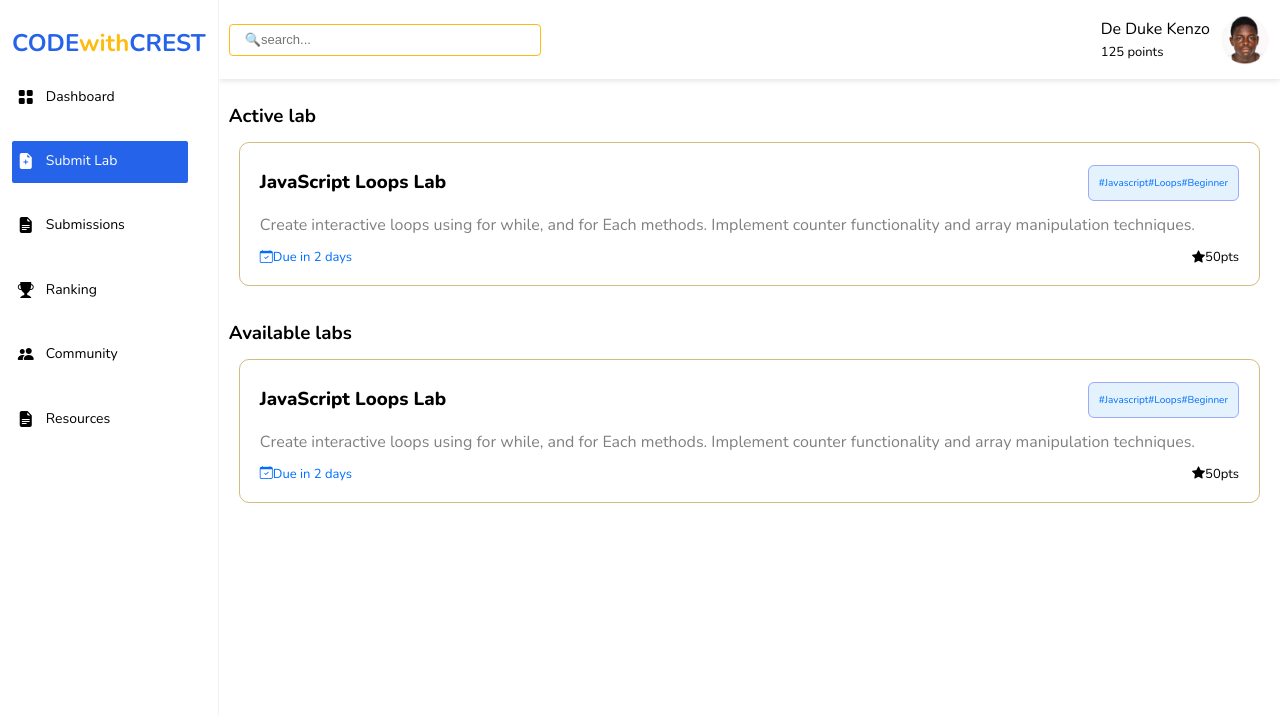
Repository: CarlTeclancing/codewithcrest
Page: /dashboard/submitlab
An editor plug-in stored every save of this project. The page is shown before and after the next save, followed by the edit.
The browser window is 1280 px wide. The pictures show the whole page.
The page's requests for data from a server got no answer. The project was rebuilt for these pictures with package versions that can differ from the ones it lists, and the page was loaded fresh each time. No one was signed in, and anything a server would have sent is missing. Also part of the build but not shown: vite.config.js, src/pages/Dashboard/dashboard.css, src/pages/Dashboard/Dashboard.jsx, src/components/UserCard.jsx, src/pages/ranking/Ranking.jsx, src/components/GuideLines.jsx, src/pages/submission/Submission.jsx, src/components/CommunityPost.jsx and 13 more.

Above is the page before, as saved 2025-09-10 13:22:50.

### index.html
<!doctype html>
<html lang="en">
  <head>
    <meta charset="UTF-8" />
    <link rel="icon" type="image/svg+xml" href="./src/assets/react.svg" />
    <meta name="viewport" content="width=device-width, initial-scale=1.0" />
    <title>CODEwithCREST</title>
    <link rel="stylesheet" href="https://cdn.jsdelivr.net/npm/bootstrap-icons@1.13.1/font/bootstrap-icons.min.css">
    <!-- fonts-->
     <link rel="preconnect" href="https://fonts.googleapis.com">
     <link rel="preconnect" href="https://fonts.gstatic.com" crossorigin>
     <link href="https://fonts.googleapis.com/css2?family=Nunito:ital,wght@0,200..1000;1,200..1000&display=swap" rel="stylesheet">
  </head>
  <body>
    <div id="root"></div>
    <script type="module" src="/src/main.jsx"></script>
  </body>
</html>

### src/main.jsx
import { StrictMode } from 'react'
import { createRoot } from 'react-dom/client'
import './index.css'
import App from './App.jsx'
import 'react-responsive-modal/styles.css';


createRoot(document.getElementById('root')).render(
  <StrictMode>
    <App/>
  </StrictMode>,
)

### src/index.css
:root {
  /* CSS variables */
   --primary-color: #5B0C4E;
   --primary-color-hover: #5b0c4edc;
   --bg-color: #FFFAFE;
   --bg-white: #ffffff;
   --text-color: #262626;
   --border-color: #93B4FD;
   --bg-tab: #DECADB;

   --pending: #EA5254;
   --completed: #3CDA7D;
   --in-progress: #F9BD3B;

   --primary-white-color: white;
   --primary-black-color: black;
   --primary-error-color: red;
 }

body{
  /* border: solid 1px blue; */
  margin: 0%;
  width: 100%;
  height: auto;
  /* display: flex; */
  /* justify-content: center; */
  font-family: "Nunito", sans-serif;
  font-optical-sizing: auto;
  font-weight: 400;
  font-style: normal;
  overflow-x: hidden;
}
/* .post{
  width: 80%;
  display: flex;
  flex-direction: row;
  flex-wrap: wrap;
  align-items: center;
  justify-content: center;
}
.individual-post{
  width: 500px;
  height: auto;
  background-color: rgba(0, 0, 0, 0.05);
  margin: 12px;
  padding: 24px;
  border-radius: 12px;
  border: 1px solid rgba(0, 0, 0, 0.05);
  color: black;
} */

### src/App.jsx
import React  from 'react'
import { createBrowserRouter, RouterProvider ,Route ,Routes } from 'react-router-dom'

import Dashboard from './pages/Dashboard/Dashboard.jsx'
import Ranking from './pages/ranking/Ranking.jsx'
import Submission from './pages/submission/Submission.jsx'

import SubmitLab from './pages/submitLab/SubmitLab.jsx'
import Community from './pages/community/Community.jsx'
import Resources from './pages/resources/Resources.jsx'
import Assistant from './pages/assistant/Assistant.jsx'
import Login from './pages/auths/login/Login.jsx'
import Register from './pages/auths/register/_Register.jsx'
import PersonalInfo from './pages/auths/register/PersonalInfoForm.jsx'
import Experience from './pages/auths/register/ExperienceForm.jsx'
import Program from './pages/auths/register/ProgramForm.jsx'
import { UserProvider } from './providers/userProvider.jsx'
import DashboardLayout from './Layout/DashboardLayout.jsx'
import Subscribe from './pages/subscribe/Subscribe.jsx'

function App() {

  const router = createBrowserRouter([
    {path:'/', element:<Login />},
    // No landing page
    // Auth pages
    {path:'/login',  index:true,element:<Login />},
    {path:'/register', element:<Register />},
    {path:'/personal-information', element:<PersonalInfo />},
    {path:'/program', element:<Program />},
    {path:'/experience', element:<Experience/>},

    // Subscribtion page
    {
      path:'/subscribe',
      element:<Subscribe/>
    },

    // Dashboard pages
    {
      path:'/dashboard',
      element:<DashboardLayout/>,
      children:[
        {
          index:true,
          element:<Dashboard/>
        },
        {path:'submissions', element:<Submission />},
        {path:'submitlab', element:<SubmitLab />},
        {path:'community', element:<Community />},
        {path:'ranking', element:<Ranking />},
        {path:'resources', element:<Resources />},

      ]
    },

    // {path:'/ranking', element:<Ranking />},
    // {path:'/bugtracking', element:<BugTracking />},
    // {path:'/hello', element:<Hello />},
    // {path:'/assistant', element:<Assistant />}

  ]);

  return (
    <>
      <UserProvider>
        <RouterProvider router={router} />
      </UserProvider>
    </>
  )
}

export default App

const Temp = () => {
  return(
    <>
      testing temp comp
    </>
  )
}

### src/providers/userProvider.jsx
import React ,{createContext ,useState} from "react";


const UserContext = createContext()

export const UserProvider = ({children}) => {
    const [user ,setUser] = useState()

    return (<UserContext.Provider value={{user:user ,setUser:setUser}}  >{children}</UserContext.Provider>)
}

export default UserContext

### src/Layout/DashboardLayout.jsx
import React from "react";
import Sidebar from "../components/Sidebar";
import { Outlet } from "react-router-dom";
import Header from "../components/Header";
import '../styles/layout.css'


const DashboardLayout = () => {
    return(
        <React.Fragment>
            <div style={{border:'solid 0px blue',display:'flex' }}>
                <Sidebar/>

                <div style={{border:'solid 0px red' ,flex:1 ,display:'flex', flexDirection:'column'}}>
                    <div>
                        <Header/>
                    </div>
                    <div>
                        <Outlet/>
                    </div>
                </div>
            </div>

        </React.Fragment>
    )
}

export default DashboardLayout

### src/pages/ranking/ranking.css
.total-points{
    color: #2563EB;
    font-size: 19px;
    font-weight: bolder;
}
.points-earned{
    color: #16A34A;
    font-size: 19px;
    font-weight: bolder;
}
.points-lost{
    color: #DC2626;
    font-size: 19px;
    font-weight: bolder;
}
.progress{
    padding: 20px;
    width: 90%;
    display: flex;
    margin-top: 25px;
    flex-direction: column;
    background-color: white;
    border-radius: 3px;
    box-shadow: 0 3px 5px rgba(0, 0, 0, 0.2);
}
progress{
  width: 100%;
  height: 8px;
  border-radius: 10px;
  overflow: hidden;
  appearance: none;
}
progress::-webkit-progress-bar {
    height: 8px;
    border-radius: 10px;
    background-color: #eee;
}
progress::-webkit-progress-value {
  background-color: #2563EB;
  border-radius: 10px;
  height: 8px;
}
.bottom-line{
    display: flex;
    justify-content: space-between;
}
.blue{
    color: #2563EB;
}
.top-coders{
    padding: 20px !important;
    display: flex;
    width: 90%;
    display: flex;
    margin-top: 25px;
    flex-direction: column;
    background-color: white;
    border-radius: 3px;
    box-shadow: 0 3px 8px rgba(0, 0, 0, 0.2);
}
.first-line{
    display: flex;
    align-items: center;
    justify-content: space-between;
}
.box .p{
    color: #959595;
}
.first-line a{
    color: white;
    padding: 8px 10px;
    border-radius: 5px;
    text-decoration: none;
    background-color: #2563EB;
}
.leader-board{
    display: flex;
    margin: 10px 0;
}
.user-card {
  display: flex;
  flex-direction: column;
  align-items: center;
  justify-content: space-between;
  background-color: #f5e2b3;
  border:  1px solid #FFBC10;
  border-radius: 12px;
  padding: 10px 16px;
  margin-right: 20px;
  width: 150px;
}
.profile-pic {
  width: 70px;
  height: 50px;
  border-radius: 50%;
  margin:0;
}
.user-info {
  width: 97%;
  display: flex;
  align-items: center;
  justify-content: space-between;
}
.user-name{
    margin: 0%;
}
.user-points{
    margin: 0%;
}
.taple-point{
    color: #16A34A;
}
.filter{
    display: flex;
}
select{
    padding: 5px 10px;
    margin-left: 10px;
    outline: none;
}

### src/pages/submitLab/submitlab.css
.labs-container{
    display: flex;
    flex-direction: column;
    padding: 0px 10px;
    gap: 15px;
}
.lab-info{
    display: flex;
    padding: 20px;
    border-radius: 10px;
    flex-direction: column;
    border: 1px solid rgba(168, 122, 5 ,0.5);
}
.headline{
    display: flex;
    align-items: center;
    justify-content: space-between;
    line-height: 0%;
}
.headline h3{
    /* font-size: x-large; */
    font-weight:800;
}
.bottom-line{
    display: flex;
    align-items: center;
    justify-content: space-between;
    font-size: small;
}
.points{
    font-size: small;
}
.hashtags{
    /* width: auto; */
    border: solid 1px rgba(0,0,255 ,0.3);
    padding: 10px;
    font-size: x-small;
    color: #006EFF;
    border-radius: 6px;
    background-color: #E3F2FD;
}
.inactive-btn{
    color: #2563EB;
    background-color: white;
    border: solid 1px #2563EB;
}
.deadline{
    color: #006EFF;
    margin-right: 25px;
}
.task{
    color: grey;
}
.form-group{
  display: flex;
  align-items:center;
  margin-bottom: 15px;
}
.form-group > div {
  flex: 1; /* Makes both fields take equal space */
  margin-right: 10px;
}
.form-group > div:last-child {
  margin-right: 0; /* Remove margin from the last child */
}
button{
    color: black;
    padding: 5px 8px;
    margin-right: 20px;
}
button:hover, .button.active{
  cursor: pointer;
  border-radius: 2px;
  color: white;
  border: 1px solid #2563EB;
  background-color: #2563EB;
}
.upload{
    padding: 20px;
    width: 60%;
    height: 160px;
    place-self: center;
    display: flex;
    margin: 25px 0;
    border-radius: 5px;
    flex-direction: column;
    text-align: center;
    align-items: center;
    justify-content: center;
    border: 1px dashed black;
}
.upload input{
    padding: 5px 8px;
    place-self: center;
}
.upload span{
 color: #959595;
 font-size: 10px;
}

th{
    color: #959595;
    font-weight: lighter;
    background-color: #E3F2FD;
}
td{
    padding: 8px 15px;
    font-size: 12px;
    font-weight: lighter;
}
.url{
    color: #006EFF;
}
.nav{
    width: 95%;
    display: flex;
    align-items: center;
    justify-content: space-between;
}
label, input::placeholder{
    font-size: 13px;
}
.btnl{
    color: #006EFF;
    background-color: white;
    border: 1px solid #006EFF;
}
.bar a{
    color: black;
    font-weight: 12px;
    margin-left: 25px;
    font-weight: lighter;
    text-decoration: none;
}

### src/components/LabInfo.jsx
import React from 'react'

function LabInfo({ title, hashtags, task, deadline, point }) {
  return (
    <div className='lab-info'>
        <div>
            <div className="headline">
                <h3>{title}</h3>
                <div >
                    <span className="hashtags">{hashtags}</span>
                </div>
            </div>
            <p className='task'>{task}</p>
            <div className="bottom-line">
                <div className="deadline">
                    <i class="bi bi-calendar-check"></i>
                    <span>{deadline}</span>
                </div>
                <div className="points">
                    <i class="bi bi-star-fill"></i>
                    <span>{point}</span>
                </div>
            </div>
        </div>
    </div>
  )
}

export default LabInfo

### src/pages/community/community.css
.community-page{
    display: flex;
    gap: 20px;
    /* padding-right: 20px; */
}
.form-post span{
    margin-right: 10px;
}
.left-side{
    /* width: 60%; */
    flex: 1;
    display: flex;
    /* margin-right: 20px; */
    flex-direction: column;
}
.right-side{
    width: 250px;
    display: flex;
    flex-direction: column;
    font-size: small;
    gap: 15px;
}
.firstline{
    display: flex;
    align-items: center;
}
.contributor-info{
    display: flex;
    flex-direction: column;
    /* border: solid 1px red; */
    padding: 0;
    margin: 0;
    line-height: normal;
}
.contributors img{
  width: 40px;
  height: 40px;
  background-color: rgba(0,0,0,0.2);
  border-radius: 50%;
  margin-right: 20px;
}
input{
    height: 23px;
}
textarea{
    height: 70px;
}
input, textarea{
    width:90%;
    outline: none;
    padding: 5px 10px;
    border-radius: 3px;
    border: 1px solid #959595;
}
.bottom{
    display: flex;
    align-items: center;
    justify-content: space-between;
}
.add a{
    color: #959595;
    margin-right: 15px;
    text-decoration: none;
}
.bottom button{
    color: white;
    padding: 8px 12px;
    border-radius: 6px;
    border: 1px solid #9b83fc;
    background-color: #9b83fc;
}
.trends{
    display: flex;
    justify-content: space-between;
}
.hashtag{
    color: #9b83fc;
}
.top-contributors{
    display: flex;
    flex-direction: column;
    gap: 7px;
}
.contributors, .top-contributors{
    margin: 0% !important;
}
.contributors{
    display: flex;
    align-items: center;
}
.contributor-point{
    color: #959595;
}
.suggestion{
    padding: 5px 10px;
    margin-bottom: 10px;
    border-radius: 4px;
    background-color: #f3f2f2;
}
.level-name{
    color: #16A34A;
}
.suggestion p, .level-point{
    color: #959595;
}
.post-profile{
    display: flex;
    padding: 10px 0px;
    align-items: center;
    gap: 5px;
}
.form-post{
    padding: 0px 20px;
    border-radius: 3px;
    margin-bottom: 10px;
    border: 1px solid #959595;
}
.post-profile img{
    width: 45px;
    height: 45px;
    background-color: rgba(0,0,0,0.2);
    border-radius: 20px;
}
.post-profile .name{
    font-weight: bold;
}
.post-profile .time{
    font-size: small;
    color: grey;
}
.post-profile-info{
    display: flex;
    flex-direction: column;
}

### src/pages/resources/resource.css
button{
  color: white;
  padding: 8px 15px;
  border-radius: 4px;
  background-color: #2563EB;
  border: 1px solid #2563EB;
}
.library{
    display: flex;
    padding: 10px;
    border-radius: 5px;
    flex-direction: column;
    border: 1px solid rgba(0,0,0,0.2);
}
.nav-link{
    display: flex;
    align-items: center;
    justify-content: space-between;
}
.nav-link a, .bln{
    padding: 5px 10px;
    color: black;
    text-decoration: none;
    border-radius: 5px;
    background-color: #f0efef;
}
.nav-link a:hover{
    color: white;
    background-color: #2563EB;
}
.nav{
    display: flex;
    width: 40%;
    flex-direction: left;
}
.resource-block{
    /* width: 100%; */
    display: flex;
    overflow: hidden;
    justify-content: space-between;
}
.resource-box{
    min-width: 275px;
    height: 150px;
    padding: 0px 15px;
    /* margin-right: 15px; */
    border-radius: 5px;
    /* margin-bottom: 10px; */
    border: 1px solid rgba(0,0,0,0.2);
}
.left-block{
    /* width: 73%; */
    flex: 1;
    /* border: solid 1px red; */
    display: flex;
    gap: 10px;
    row-gap: 0px;
    flex-wrap: wrap;
}
.right-block{
 width: 200px;
 font-size: small;
 display: flex;
 flex-direction: column;
 gap: 10px;
}
.right-bar{
 padding:10px 15px;
 border-radius: 5px;
 border: 1px solid rgba(0,0,0,0.2);
}
.post-profile-info .name{
    margin: 0%;
}
.headline{
    display: flex;
    justify-content: space-between;
    gap: 20px;
}
.headline span{
    /* text-align: center; */
}
.top-value{
    color: #2563EB;
}
.quote{
    color: #2563EB;
    margin-top: 25px;
    padding:10px 15px;
    text-align: center;
    border-radius: 5px;
    background-color: #cce0f4;
    border: 1px solid #2563EB;
}
.goal{
    color: #2563EB;
    text-align: center;
    font-weight: bolder;
}
.weekly{
    text-align: center;
}
.weekly progress{
    background-color: #FFBC10;
}
.weekly progress::-webkit-progress-value {
  background-color: #FFBC10;
  border-radius: 10px;
  height: 8px;
}
.column{
    padding: 5px 10px;
    border-radius: 10px;
    margin-bottom: 10px;
    border-left: 3px solid #FFBC10;
    background-color: #d7e6f5;
}
.column h4{
    margin: 7px;
}
.column p{
    margin: 0%;
    font-size: 12px;
    line-height: 17px;
}
.p{
    color: #959595;
}
.assistant{
    display: flex;
    flex-direction: column;
}
.assistant h1, .assistant p{
    text-align: center;
}
.assistant h1{
    margin: 0%;
}
.assist{
    width: 60%;
    display: flex;
    margin-top: 40px;
    place-self: center;
    flex-direction: column;
}
.box-suggest{
    /* border:solid 1px red; */
    width: 100%;
    display: flex;
    flex-wrap: wrap;
    align-items: center;
    gap: 10px;
    justify-content: space-evenly;
}
.suggest{
    cursor: pointer;
    padding: 20px;
    font-size: smaller;
    color: #2563EB;
    text-align: center;
    border-radius: 5px;
    font-weight: bold;
    border: 1px solid #c3c3c3;
}

### src/components/Sidebar.jsx
import React from 'react'
import { Link  ,useLocation } from 'react-router-dom'
import '../styles/sideBarStyles.css'


function Sidebar() {

   const location = useLocation()

  return (
    <div className='sidebar-admin'>
         <h2 className="logo p-10"><span>CODE</span>with<span>CREST</span></h2>
         <div className="navbar p-10">
               <Link className={`section ${location.pathname === "/dashboard" ? "active" : ""}`} to="/dashboard" >
                  <i className="bi bi-grid-fill"></i>
                  <span className='nav-element'>Dashboard</span>

               </Link>
               <Link className={`section ${location.pathname === "/dashboard/submitlab" ? "active" : ""}`} to="/dashboard/submitlab">
                  <i class="bi bi-file-earmark-plus-fill"></i>
                  <span className='nav-element'>Submit Lab</span>
               </Link>
               <Link className={`section ${location.pathname === "/dashboard/submissions" ? "active" : ""}`} to="/dashboard/submissions">
                  <i class="bi bi-file-earmark-text-fill"></i>
                  <span className='nav-element'>Submissions</span>
               </Link>
               <Link className={`section ${location.pathname === "/dashboard/ranking" ? "active" : ""}`} to="/dashboard/ranking">
                  <i class="bi bi-trophy-fill"></i>
                  <span className='nav-element'>Ranking</span>
               </Link>
               <Link className={`section ${location.pathname === "/dashboard/community" ? "active" : ""}`} to="/dashboard/community">
                  <i class="bi bi-people-fill"></i>
                  <span className='nav-element'>Community</span>
               </Link>
               <Link className={`section ${location.pathname === "/dashboard/resources" ? "active" : ""}`} to="/dashboard/resources">
                  <i class="bi bi-file-earmark-text-fill"></i>
                  <span className='nav-element'>Resources</span>
               </Link>
               {/* <Link className={`section ${location.pathname === "/dashboard/assistant" ? "active" : ""}`} to="/dashboard/assistant">
                  <i class="bi bi-file-earmark-text-fill"></i>
                  <span className='nav-element'>Assistant</span>
               </Link> */}
         </div>

      </div>
  )
}

export default Sidebar

### src/components/Header.jsx
import React ,{useState ,useEffect} from 'react'
// import  './layout.css'
import Img1 from '../assets/img1.jpg'


function Header() {

  const [showMenu ,setShowMenu] = useState(false)

  useEffect(()=>{
    if(window.innerWidth <= 500){
      setShowMenu(true)
    }
  },[window.innerWidth])
  console.log(showMenu);


  return (
    <div className='head'>
      {/* {showMenu && <div>
          <span className='bi bi-menu'>🍺</span>
      </div>} */}

      {/* <h2 className="logo"><span>CODE</span>with<span>CREST</span></h2> */}
        <div>
          <span style={{display:'flex', alignItems:'center'}}>
            <input type="text"  className='search' placeholder='🔍search...  '/>
          </span>
        </div>

        <div className="profile" style={{cursor:'pointer'}}>
            <p className='name'>De Duke Kenzo<br/><span className='points'>125 points</span></p>
            <img src={Img1} alt="" />
        </div>
    </div>
  )
}

export default Header

### src/styles/layout.css

.guidelines{
  /* border: solid 1px cyan; */
  padding: 5px;
}
.guide{
  width: 250px;
  border-radius: 10px;
  font-size: small;
  border: 1px solid #93B4FD;
  background-color: #F0F9FF;
  padding:10px;
  display: flex;
  flex-direction: column;
  color: grey;
}
.guide h3{
  color: black;
  /* line-height: normal; */
}
.guide ul{
  list-style: none;
}
.guide-container{
  /* width: 100%; */
  display: flex;
  flex-wrap: wrap;
  gap: 15px;
  /* justify-content: space-between; */
}
.guide-container div:first-child{
  border-left: 4px solid var(--primary-color);
}
.guide-container div:nth-child(2){
  border-left: 4px solid var(--primary-error-color);
  /* margin-left: 12px; */
}
.guide-container div:nth-child(3){
  border-left: 4px solid var(--completed);
  /* margin-left: 12px; */
}

.nav-element{
  margin-left: 12px;
  font-size: 14px;
  width: 100%;
}

.head{
  padding: 10px;
  height:59px;
  /* width: 98%; */
  display: flex;
  align-items: center;
  justify-content: space-between !important;
  background-color: #ffffff;
  box-shadow: 0 2px 5px rgba(0, 0, 0, 0.1);
}

.icon{
  margin-right: 10px;
}
.search{
  width: 280px;
  height: 30px;
  outline: none;
  border-radius: 4px;
  border: 1px solid #FFBC10;
  padding: 0 15px;
}
.profile{
  display: flex;
  align-items: center;
}
.profile img{
  width: 50px;
  border-radius: 50%;
  margin-left: 10px;
}

.dashboard-container{
  padding: 10px;
  padding-bottom: 50px;
  /* border: solid 1px green; */
  overflow: auto;
  display: flex;
  flex-direction: column;
  gap: 20px;
}

### src/styles/sideBarStyles.css
.sidebar-admin{
  top: 0;
  max-width: 200px;
  display: flex;
  padding: 12px;
  flex-direction: column;
  background-color: #ffffff;
  scroll-behavior: smooth;
  border-right: solid 1px rgba(0,0,0,0.05);
  /* border: solid 1px red; */
  position: sticky;
  height: 96vh;
}
.sidebar-admin a{
  text-decoration: none;
  color: black;
  margin-bottom: 20px;
  background-color: rgba(255, 255, 255, 0.527);
  border-radius: 3px;
  transition: 0.3s, color 0.3s;
  display: flex;
}
.navbar{
  display: flex;
  flex-direction: column;
  justify-content: space-between;
}
.logo{
 margin:0px;
 font-weight: bolder;
 color: #FFBC10;
 line-height: normal;
 padding: 15px 0px;
}
.logo span{
  color: #2563EB;
}
.section{
  margin: 3px 0;
  width: 85%;
  padding: 5% 3%;
  border-radius: 2px;
}
.section:hover, .section.active{
  cursor: pointer;
  border-radius: 2px;
  color: white;
  background-color: #2563EB;
}

@media screen and (max-width:500px) {
.sidebar-admin{
  border: solid 1px red;
  padding: 0px;
  max-width: 0px;
  overflow: hidden;
}

}

Loaded but not shown: globals.js (3 lines, source omitted); src/pages/submitLab/SubmitLab.jsx (294 lines, source omitted)

After the next save:
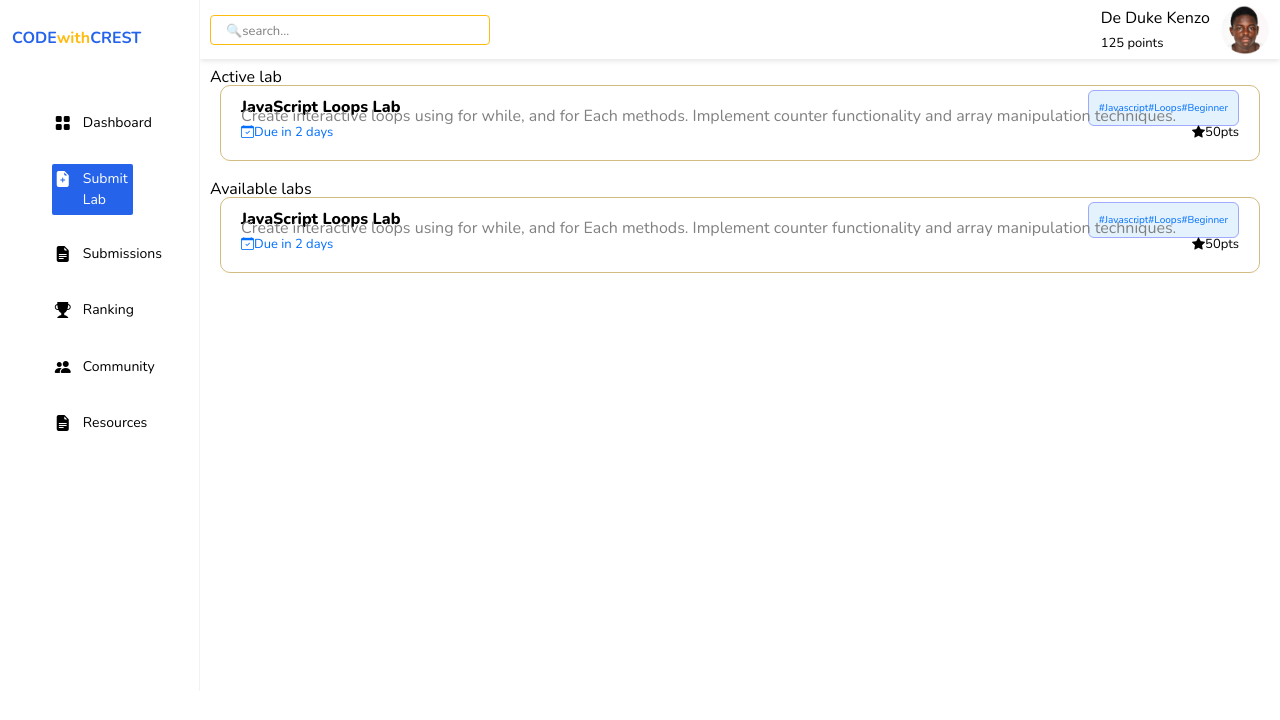
Saved 51 s later.
--- a/src/styles/layout.css
+++ b/src/styles/layout.css
@@ -1,4 +1,4 @@
-
+@import "tailwindcss";
 .guidelines{
   /* border: solid 1px cyan; */
   padding: 5px;
